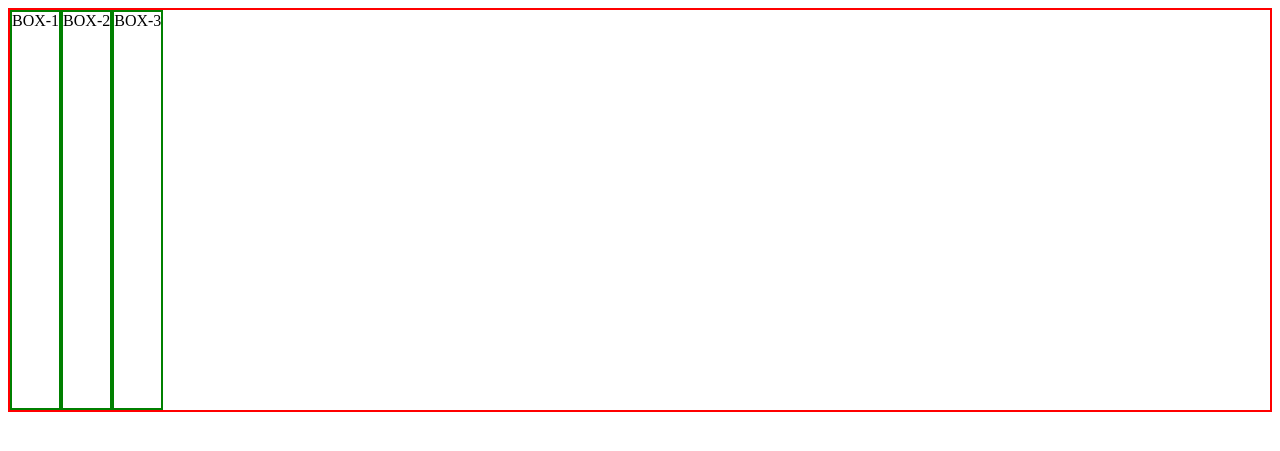
Repository: ARUN-YERRAM/HTMLLEARNING
Page: indxs.html
These files come from the project's save history. The page is drawn as it stood at one moment and after a run of saves; the edit follows.
The browser window is 1280 px wide. The pictures show the whole page.

Above is the page before, as saved 2024-01-26 22:10:43.

After the next 2 saves:
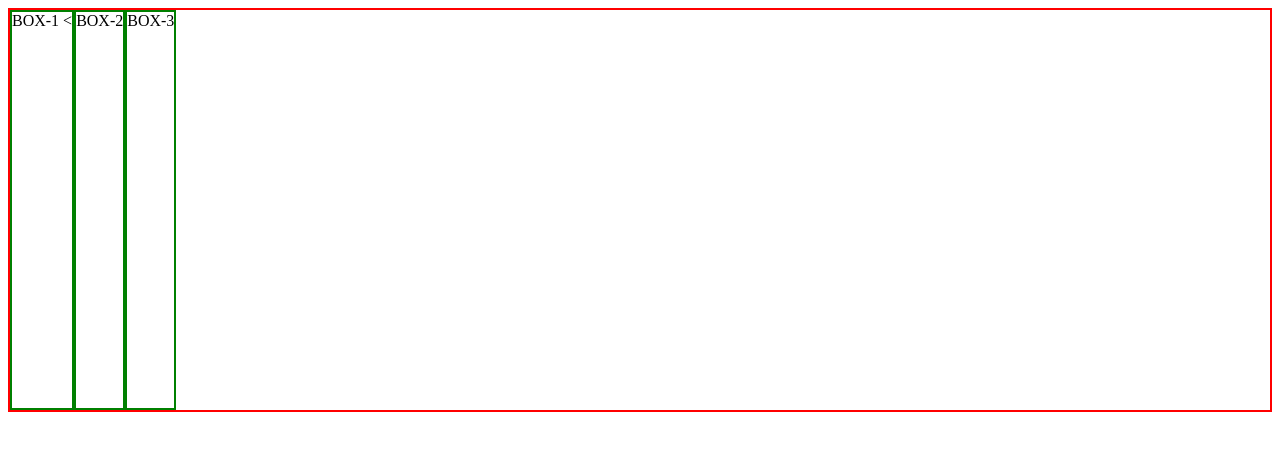
The 2 saves are shown as one change because they came seconds apart.
The last was saved 6 s later.
--- a/indxs.html
+++ b/indxs.html
@@ -9,7 +9,9 @@
 <body>
 
     <div class="container">
-        <div class="box">BOX-1</div>
+        <div class="box">BOX-1
+            <
+        </div>
         <div class="box">BOX-2</div>
         <div class="box">BOX-3</div>
         <!-- <div class="box">BOX-4</div> -->

After the save that followed:
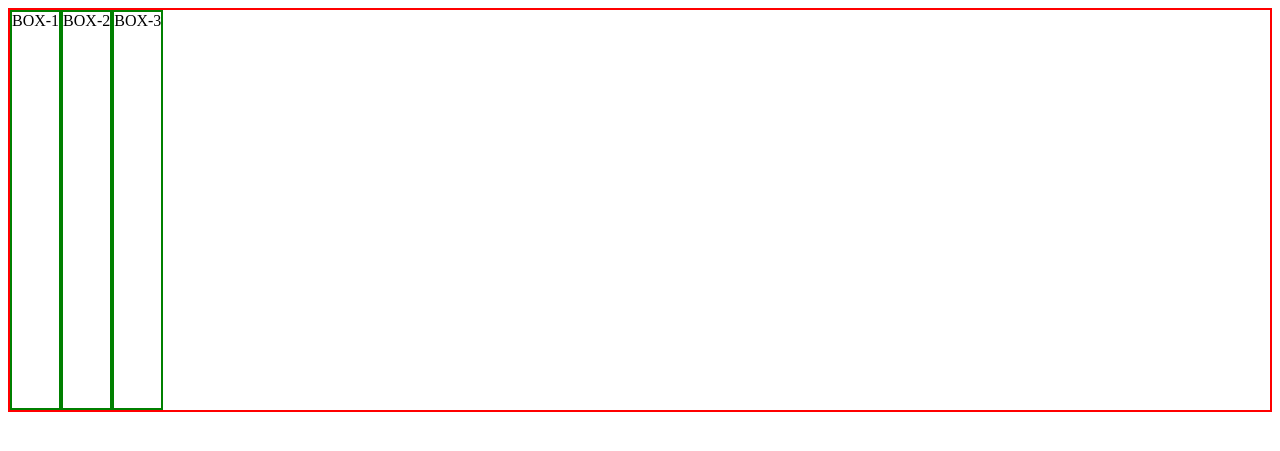
Saved 5 s later.
--- a/indxs.html
+++ b/indxs.html
@@ -10,7 +10,7 @@
 
     <div class="container">
         <div class="box">BOX-1
-            <
+
         </div>
         <div class="box">BOX-2</div>
         <div class="box">BOX-3</div>
